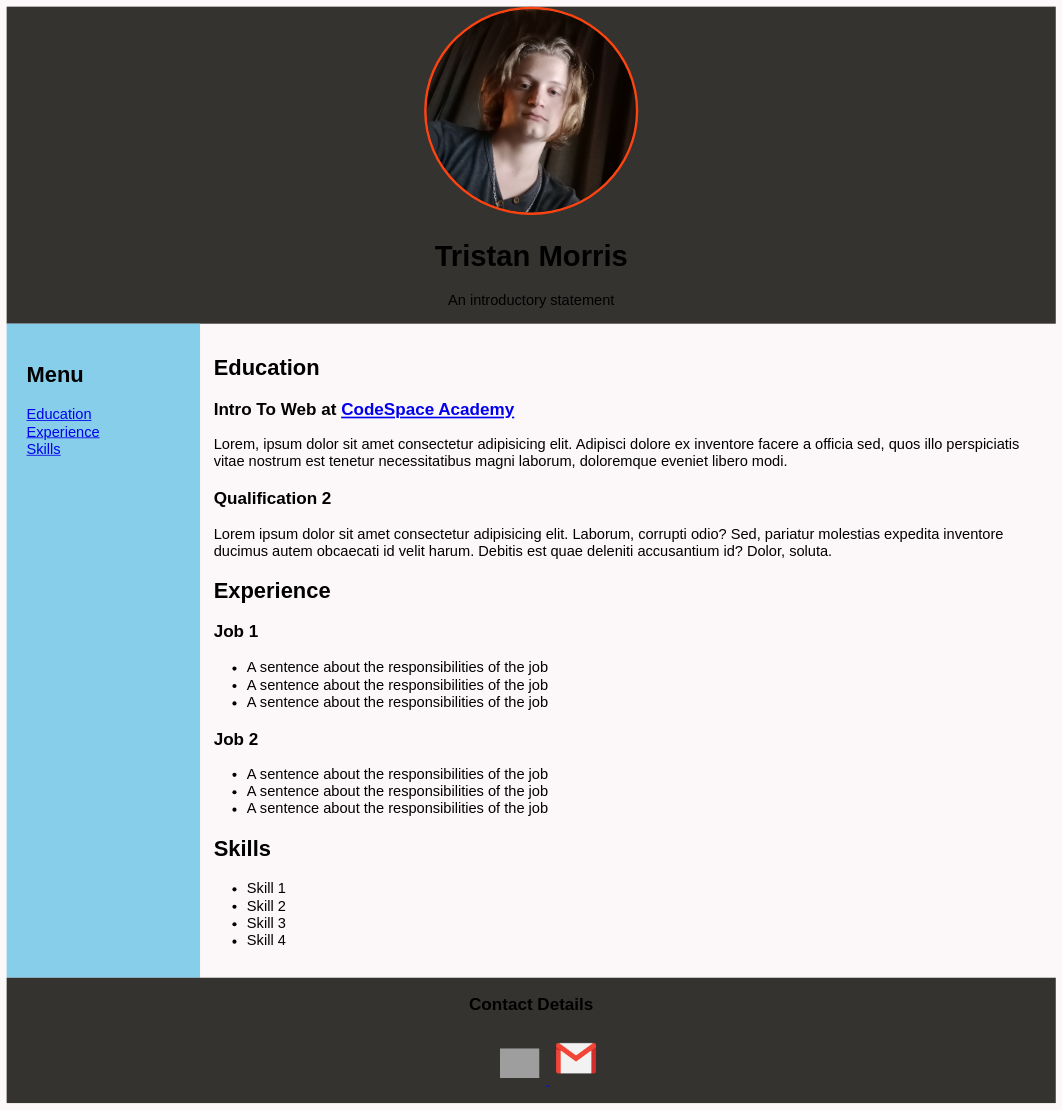
Repository: TristanKMorris/introToWebDesignAssignment
Page: resume1.html
The author's editor kept a copy of each file at every save. The page is drawn from the files as they stood at one save, then again after the next save.
The browser window is 1280 px wide. The pictures show the whole page, at 83% of full size.
Pictures or frames that could not be fetched are drawn as grey boxes.

Above is the page before, as saved 2022-06-02 21:03:14.

### resume1.html

<!DOCTYPE html>
<html
  <head>
    <title>My first web page</title>

    <link rel="stylesheet" type="text/css" href="css/stylesheet.css">

  </head>

  <body>

   <header id="heading">
        <img src="images/tristanPortrait.jpg" alt="Tristan Morris Portrait" id="profilePhoto"/>

      <h1>Tristan Morris</h1>
        <p>An introductory statement</p>

    </header>

    <main class="main">

      <div id="sidebar">

        <nav>

          <h2>Menu</h2>

           <ul class="navMenu">
              <li><a href="#education">Education</a></li>
              <li><a href="#experience">Experience</a></li>
              <li><a href="#skills">Skills</a></li>
            </ul>

        </nav>

      </div>

        <div class="content">

          <h2 id="education">Education</h2>

            <h3>Intro To Web at <a href="http://codespace.co.za/" target="_blank">CodeSpace Academy</a> </h3>

             <p>
               Lorem, ipsum dolor sit amet consectetur adipisicing elit. Adipisci dolore
               ex inventore facere a officia sed, quos illo perspiciatis vitae nostrum
               est tenetur necessitatibus magni laborum, doloremque eveniet libero modi.
             </p>

            <h3>Qualification 2</h3>

             <p>
                Lorem ipsum dolor sit amet consectetur adipisicing elit. Laborum, corrupti
                odio? Sed, pariatur molestias expedita inventore ducimus autem obcaecati
                id velit harum. Debitis est quae deleniti accusantium id? Dolor, soluta.
              </p>

          <h2 id="experience">Experience</h2>

            <h3>Job 1</h3>

            <ul>

              <li>A sentence about the responsibilities of the job</li>
              <li>A sentence about the responsibilities of the job</li>
              <li>A sentence about the responsibilities of the job</li>

            </ul>

            <h3>Job 2</h3>

            <ul>

              <li>A sentence about the responsibilities of the job</li>
              <li>A sentence about the responsibilities of the job</li>
              <li>A sentence about the responsibilities of the job</li>

            </ul>

          <h2 id="skills">Skills</h2>

            <ul>
              <li>Skill 1</li>
              <li>Skill 2</li>
              <li>Skill 3</li>
              <li>Skill 4</li>
            </ul>

        </div>

    </main>

    <footer>

      <h3>Contact Details</h3>
      <ul>
          <a href="http://www.instagram.com/tristan_k_morris" target="_blank">
           <img class="icons" src="images/instagramIcon.png" alt="Tristan Morris Instagram">

          </a>

          <a href="http://mail.google.com" target="_blank">
           <img class="icons" src="images/gmailIcon.png" alt="Tristan Morris Email">

          </a>

      </ul>

    </footer>


  </body>
</html>

### css/stylesheet.css
body{
  font-family: sans-serif;
  font-size:110%;
  background-color: #FCF7F8;
  display: flex;
  flex-direction: column;
}

.main{
  display: flex;
  flex-direction: row;
  overflow: unset;
}

#profilePhoto{
  width: 20%;
  height: 20%;
  border-radius: 50%;
  border: 3px solid #ff4310;
}

header {
  text-align: center;
  justify-content: center;
}
#heading{
  font-family: sans-serif;
  font: size 110%;
  background-color: #343330;
}

footer {
  background-color: #343330;
  text-align: center;
}
#sidebar{
  width: 25%;
  background-color: skyblue;
  padding: 1.5rem;
  color: black;
}
.navMenu{
  list-style-type: none;
  padding: 0%;
}

.icons{
  width: 3rem;
  margin: 0.5rem;
  height: auto;
}

.content{
  width: auto;
  margin: 1rem;
  height: auto;
}

After the next save:
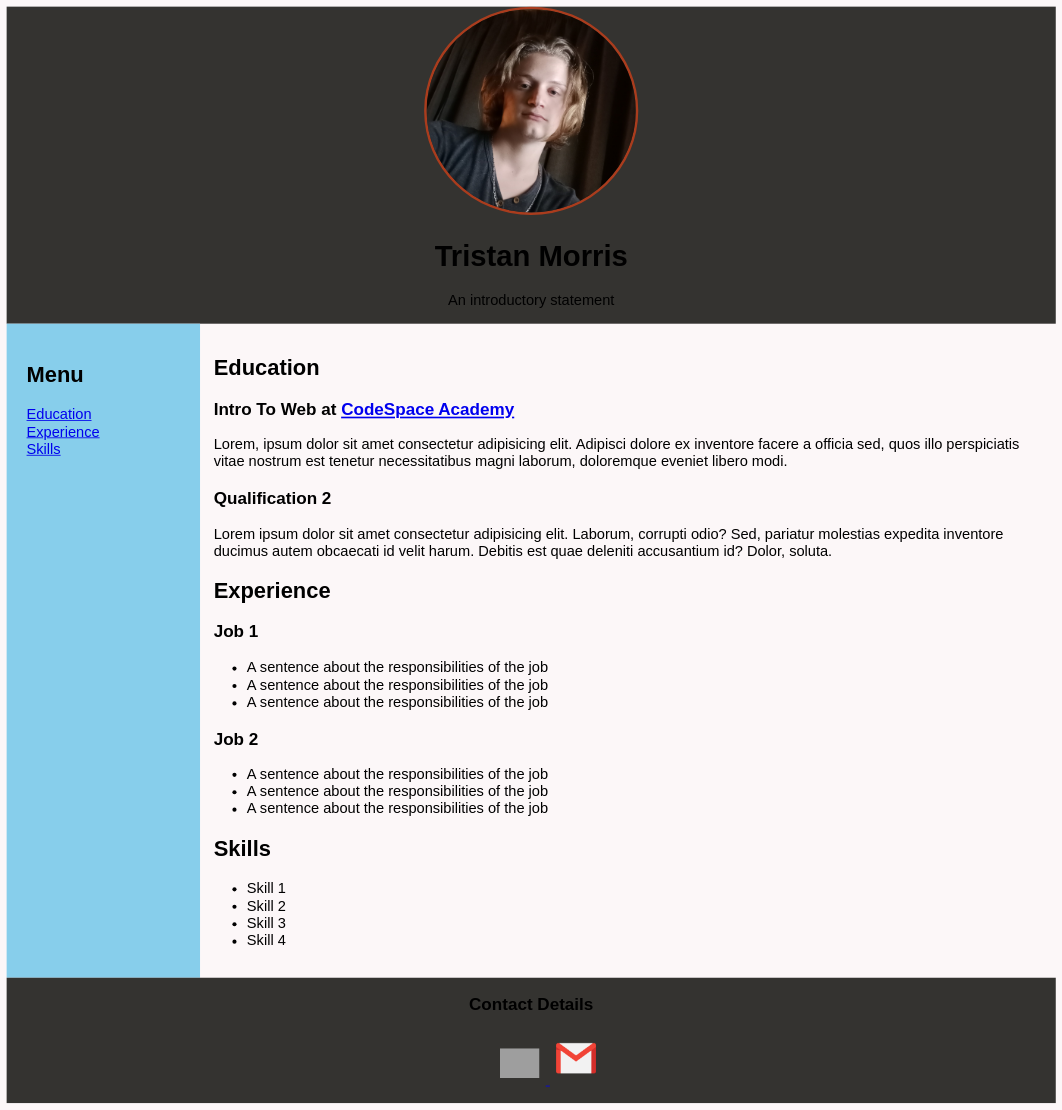
Saved 27 s later.
--- a/css/stylesheet.css
+++ b/css/stylesheet.css
@@ -16,7 +16,7 @@ body{
   width: 20%;
   height: 20%;
   border-radius: 50%;
-  border: 3px solid #ff4310;
+  border: 3px solid #ff441094;
 }
 
 header {
